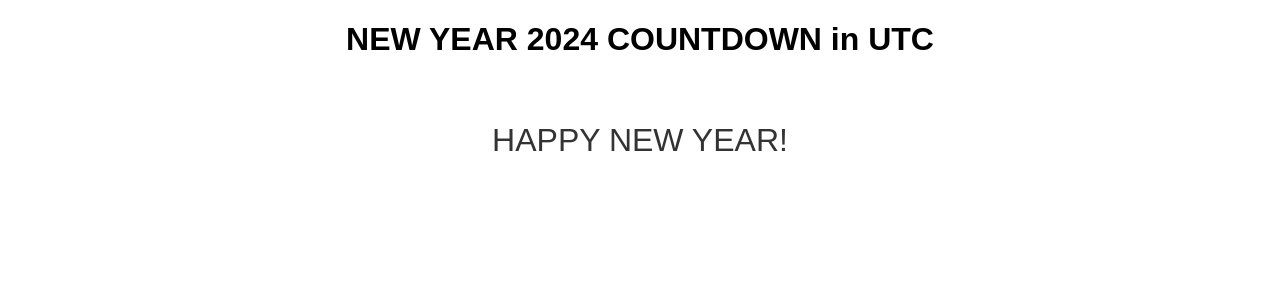
Repository: end888160/end888160.github.io
Page: countdown.html
An editor plug-in stored every save of this project. The page is shown before and after the next save, followed by the edit.
The browser window is 1280 px wide. The pictures show the whole page.

Above is the page before, as saved 2024-09-22 00:25:11.
Console error: TypeError: countdown is not a function

After the next save:
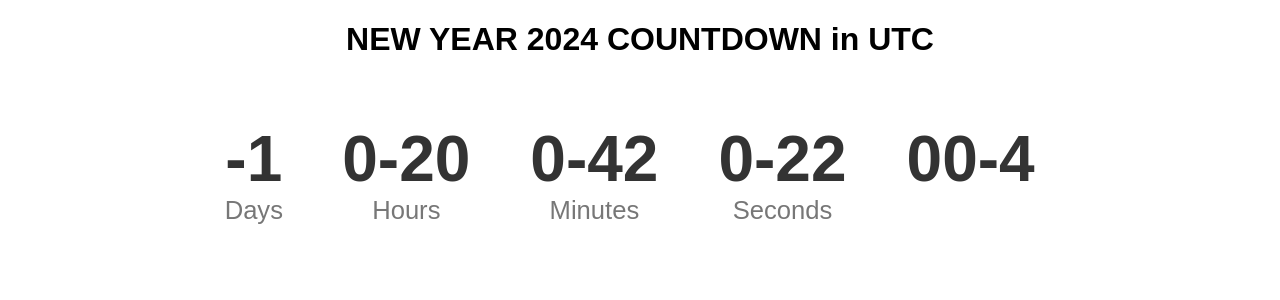
Console error: ReferenceError: countdown is not defined
Saved 53 min 47 s later.
--- a/countdown.html
+++ b/countdown.html
@@ -6,10 +6,11 @@
 	<meta name="description" content="Let's celebrate the New Year!">
 	<title>Countdown</title>
 	<style>
-	#countdown {
+	.countdown {
 		display: flex;
 		justify-content: center;
 		align-items: center;
+		text-align: center;
 		font-family: Arial, Helvetica, sans-serif;
 		font-size: xx-large;
 		margin-top: 5%;
@@ -19,26 +20,28 @@
 	.countdown-item {
 		margin: 0 10px;
 		text-align: center;
+
 	}
 
 	.countdown-value {
 		font-size: 2em;
 		font-weight: bold;
+		padding-left: 20px;
+		padding-right: 20px;
+
 	}
 
 	.countdown-label {
 		font-size: 0.8em;
+
 		color: #777;
 	}
-	td {
-		padding-left: 20px;
-		padding-right: 20px;
-	}
-	h1,h2 {
+	h1 {
 		text-align: center;
 		font-family: Arial, Helvetica, sans-serif;
 		font-size: xx-large;
 	}
+
 	@media (prefers-color-scheme: light) {
 		html {
 			background-color: white;
@@ -60,26 +63,46 @@
 			color: white;
 		}
 	}
+	@media only screen and (max-width: 700px) {
+		.countdown {
+			display: block;
+		}
+		.countdown-value {
+			padding-top: 25px;
 
+		}
+	}
 	</style>
 </head>
 <body>
 	<h1 id="header"></h1>
-	<div id="countdown">
-	<table class="countdown-item">
-	<tr>
-		<td><span class="countdown-value" id="days"></span></td>
-		<td><span class="countdown-value" id="hours"></span></td>
-		<td><span class="countdown-value" id="minutes"></span></td>
-		<td><span class="countdown-value" id="seconds"></span></td>
-		<td><span class="countdown-value" id="mseconds"></span><span class="countdown-label"></span></td>
-	</tr>
-		<td><span class="countdown-label">Days</span></td>
-		<td><span class="countdown-label">Hours</span></td>
-		<td><span class="countdown-label">Minutes</span></td>
-		<td><span class="countdown-label">Seconds</span></td>
-		<td></td>
-</table>
+	<div class="countdown">
+	<div class="countdown-item">
+		<div class="countdown-value" id="days"></div>
+		<div class="countdown-label">Days</div>
+	</div>
+	<div class="countdown-item">
+		<div class="countdown-value" id="hours"></div>
+		<div class="countdown-label">Hours</div>
+	</div>
+	<div class="countdown-item">
+		<div class="countdown-value" id="minutes"></div>
+		<div class="countdown-label">Minutes</div>
+	</div>
+	<div class="countdown-item">
+		<div class="countdown-value" id="seconds"></div>
+		<div class="countdown-label">Seconds</div>
+	</div>
+	<div class="countdown-item">
+		<div class="countdown-value" id="mseconds"></div>
+		<div class="countdown-label"><br></div>
+	</div>
+	<div class="countdown-item">
+
+
+
+
+	</div>
 </div>
 
 <script>
@@ -117,13 +140,13 @@ var x = setInterval(function countdown() {
 	// Time calculations for days, hours, minutes and seconds
 	var days = Math.floor(distance / (1000 * 60 * 60 * 24));
 	var hours = Math.floor((distance % (1000 * 60 * 60 * 24)) / (1000 * 60 * 60));
-	const hour = hours < 10 ? "0" + hours : hours;
+	var hour = hours < 10 ? "0" + hours : hours;
 	var minutes = Math.floor((distance % (1000 * 60 * 60)) / (1000 * 60));
-	const minute = minutes < 10 ? "0" + minutes : minutes;
+	var minute = minutes < 10 ? "0" + minutes : minutes;
 	var seconds = Math.floor((distance % (1000 * 60)) / 1000);
-	const second = seconds < 10 ? "0" + seconds : seconds;
+	var second = seconds < 10 ? "0" + seconds : seconds;
 	var mseconds = Math.floor(distance % 1000);
-	const msecond = mseconds < 10 ? "0" + "0" + mseconds : mseconds < 100 ? "0" + mseconds : mseconds;
+	var msecond = mseconds < 10 ? "0" + "0" + mseconds : mseconds < 100 ? "0" + mseconds : mseconds;
 
 	// Display the result in the element with id="countdown"
 	document.getElementById("days").innerHTML = days;
